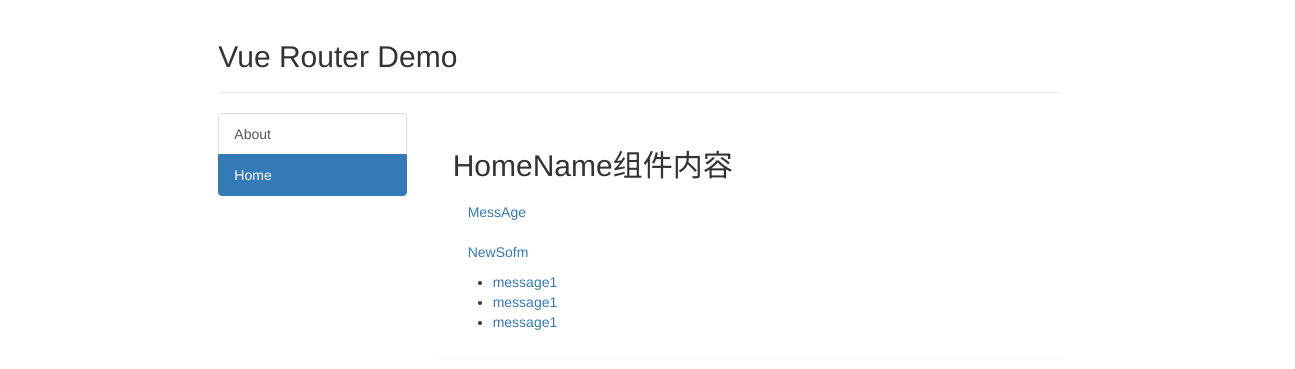
Repository: ldqml/vue.test
Page: /#/home/newsofm (app in router/)
These files come from the project's save history. The page is drawn as it stood at one moment and after the next save; the edit follows.
The browser window is 1280 px wide. The page is 1295 px wide, so the pictures cover 1295 px, including what lies to the right of the window. The pictures show the whole page.
The project was rebuilt for these pictures with package versions that can differ from the ones it lists, and the page was loaded fresh each time. Also part of the build but not shown: router/vue.config.js, router/src/components/AboutName.vue, router/src/components/MessAge.vue.

Above is the page before, as saved 2022-08-28 22:15:51.

### router/public/index.html
<!DOCTYPE html>
<html lang="">
  <head>
    <meta charset="utf-8">
    <meta http-equiv="X-UA-Compatible" content="IE=edge">
    <meta name="viewport" content="width=device-width,initial-scale=1.0">
    <link rel="icon" href="<%= BASE_URL %>favicon.ico">
    <link rel="stylesheet" href="<%= BASE_URL %>bootstrap.min.css">
    <title><%= htmlWebpackPlugin.options.title %></title>
  </head>
  <body>
    <noscript>
      <strong>We're sorry but <%= htmlWebpackPlugin.options.title %> doesn't work properly without JavaScript enabled. Please enable it to continue.</strong>
    </noscript>
    <div id="app"></div>
    <!-- built files will be auto injected -->
  </body>
</html>

### router/src/main.js
import Vue from 'vue'
import App from './App.vue'
import VueRouter from 'vue-router'
import router from './router'

Vue.config.productionTip = false
Vue.use(VueRouter)

new Vue({
  el:'#app',
  render: h => h(App),
  router: router
})

### router/src/App.vue
<template>
   <div>
    <div class="row">
      <div class="col-xs-offset-2 col-xs-8">
        <div class="page-header">
          <h2>Vue Router Demo</h2>
        </div>
      </div>
    </div>
    <div class="row">
      <div class="col-xs-2 col-xs-offset-2">
        <div class="list-group">
          <router-link class="list-group-item" active-class="active" to="/about">About</router-link>
          <router-link class="list-group-item" active-class="active" to="/home">Home</router-link>
        </div>
      </div>
      <div class="col-xs-6">
        <div class="panel">
          <div class="panel-body">
            <router-view></router-view>
          </div>
        </div>
      </div>
    </div>
   </div>
</template>

<script>

export default {
  name: 'App'
}
</script>

<style>

</style>

### router/src/router/index.js
import VueRouter from "vue-router"
import AboutName from '../components/AboutName'
import HomeName from '../components/HomeName'
import MessAge from '../components/MessAge'
import NewSofm from '../components/NewSofm'

export default new VueRouter({
    routes:[
        {path:'/about',
        component:AboutName
        },
        {path:'/home',
        component:HomeName,
        children:[
            {path:'message',
             component:MessAge
            },
            {path:'newsofm',
             component:NewSofm
            }
        ]
        },
    ]
})

### router/src/components/HomeName.vue
<template>
  <div>
    <h2>HomeName组件内容</h2>
    <div>
      <ul class="nav nav-table">
      <li>
        <router-link active-class="active" to="/home/message">MessAge</router-link>
      </li>
      <li>
        <router-link active-class="active" to="/home/newsofm">NewSofm</router-link>
      </li>
    </ul>
    <router-view></router-view>
    </div>
  </div>
</template>

<script>
export default {
    name: "HomeName",
}
</script>

<style>

</style>

### router/src/components/NewSofm.vue
<template>
  <div>
    <ul>
        <li>
            <a href="">message1</a>&nbsp;&nbsp;
        </li>
        <li>
            <a href="">message1</a>&nbsp;&nbsp;
        </li>
        <li>
            <a href="">message1</a>&nbsp;&nbsp;
        </li>
    </ul>
  </div>
</template>

<script>
export default {
    name:'NewSofm'
}
</script>

Loaded but not shown: router/public/bootstrap.min.css (library)

After the next save:
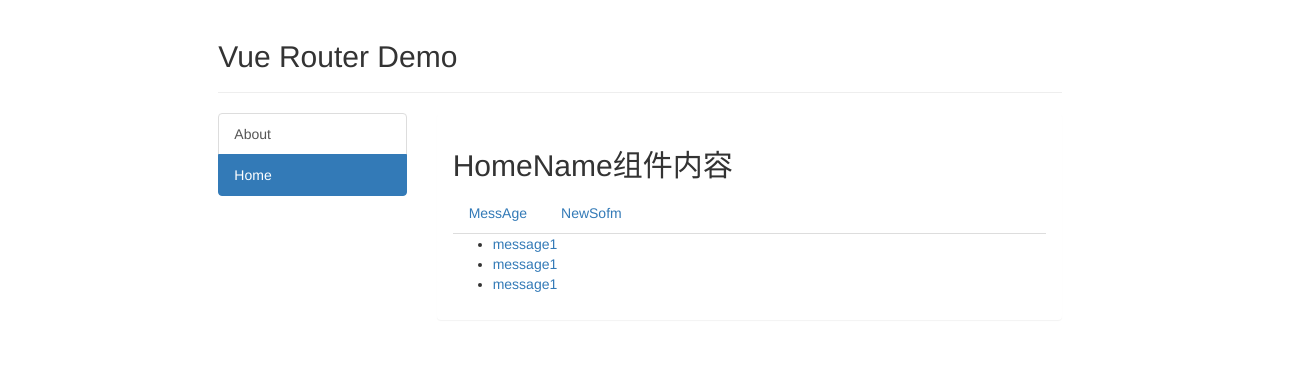
Saved 3 min 51 s later.
--- a/router/src/components/HomeName.vue
+++ b/router/src/components/HomeName.vue
@@ -2,7 +2,7 @@
   <div>
     <h2>HomeName组件内容</h2>
     <div>
-      <ul class="nav nav-table">
+      <ul class="nav nav-tabs">
       <li>
         <router-link active-class="active" to="/home/message">MessAge</router-link>
       </li>
